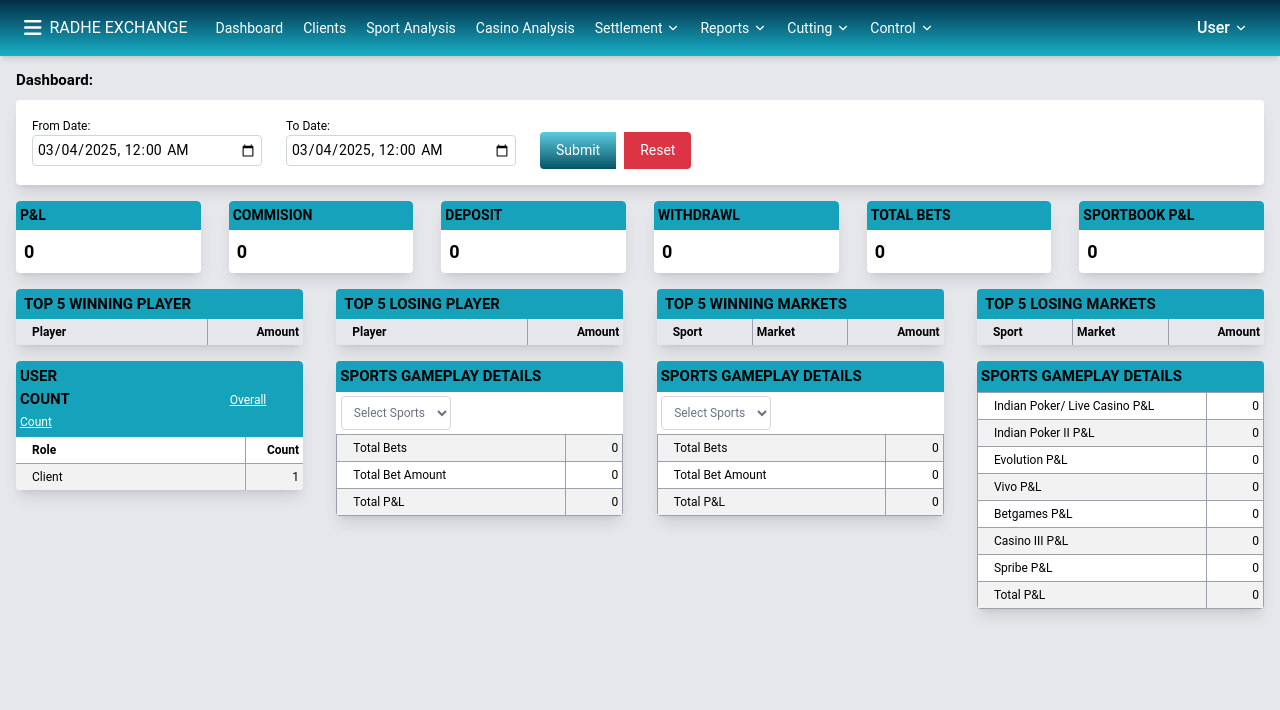
Repository: Habeebur1493/Radhe-Exchange
Page: /dashboard (app in frontend/)
These files come from the project's save history. The page is drawn as it stood at one moment and after the next save; the edit follows.
The browser window is 1280 px wide. The pictures show the whole page.
Some web libraries are served in a nearby version. The project was rebuilt for these pictures with package versions that can differ from the ones it lists, and the page was loaded fresh each time. Also part of the build but not shown: frontend/vite.config.js, frontend/src/components/login.jsx, frontend/src/components/Register.jsx.

Above is the page before, as saved 2025-03-05 13:38:53.

After the next save:
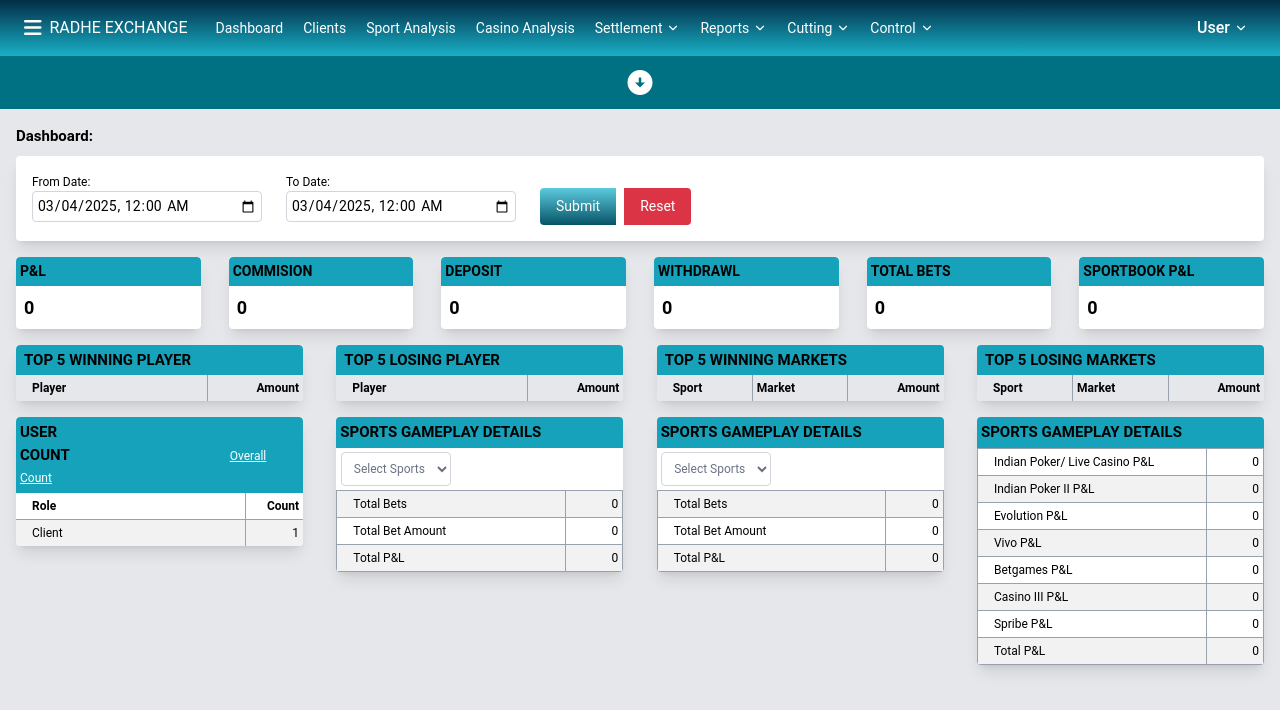
Saved 11 s later.
--- a/frontend/src/components/dashboard.jsx
+++ b/frontend/src/components/dashboard.jsx
@@ -10,7 +10,7 @@ const Dashboard = () => {
   return (
     <div className="dashboard min-h-screen bg-gray-200 overflow-x-hidden ">
       {/* Navbar */}
-      <nav className="bg-[--primary-background] text-white flex items-center lg:h-14 h-10 px-4 shadow-md fixed top-0 left-0 w-full bg-white shadow-md z-50   ">
+      <nav className="bg-[--primary-background] text-white flex items-center lg:h-14 h-10 px-4 shadow-md    ">
   <Sidebar />
   <h1 className="text-[10px] lg:text-[16px]">RADHE EXCHANGE</h1>
   {/* Navbar Links (Now Closer to H1) */}
